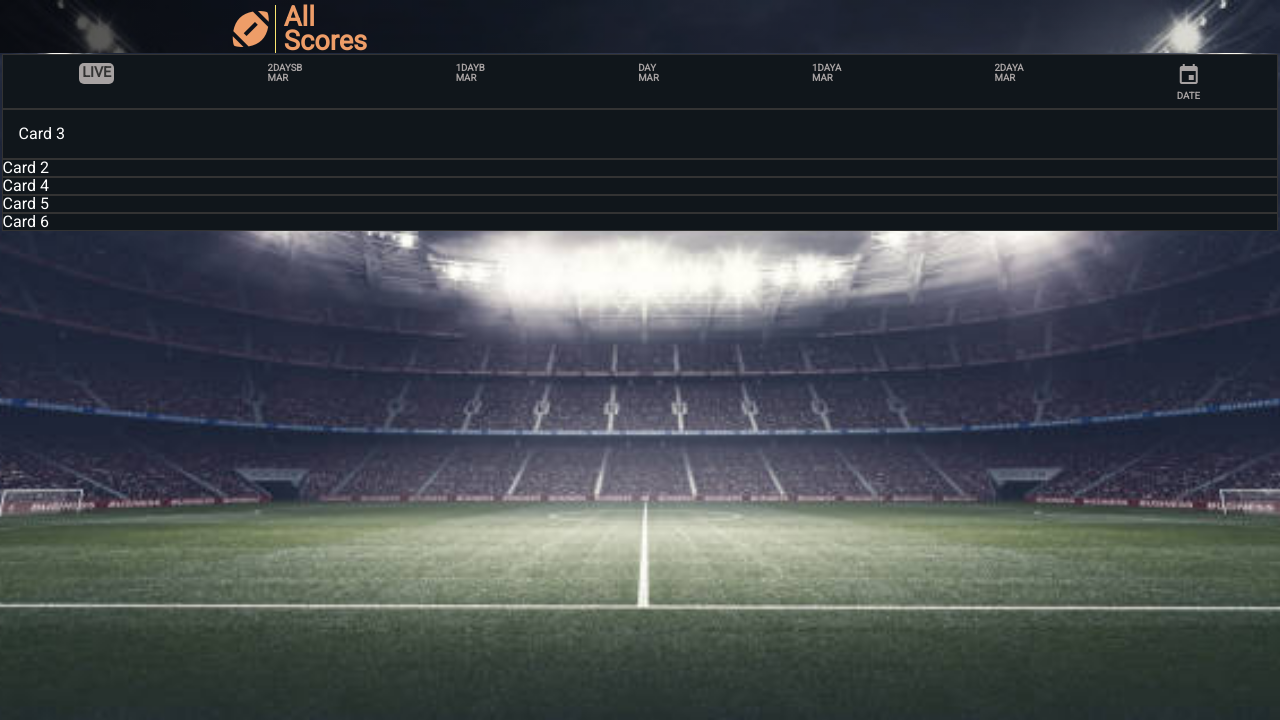
Repository: boomshakar/AllScores
Page: index.html
These files come from the project's save history. The page is drawn as it stood at one moment and after the next save; the edit follows.
The browser window is 1280 px wide. The pictures show the whole page.
The style sheet was rebuilt from its Sass, Less or Tailwind sources for each picture, by a compiler version that may differ from the author's.

Above is the page before, as saved 2021-03-30 03:08:39.

### index.html
<!DOCTYPE html>
<html lang="en">
  <head>
    <meta charset="UTF-8" />
    <meta http-equiv="X-UA-Compatible" content="IE=edge" />
    <meta name="viewport" content="width=device-width, initial-scale=1.0" />
    <title>All Scores</title>
    <link rel="stylesheet" href="css/main.css" />
    <link
      rel="stylesheet"
      href="https://fonts.googleapis.com/icon?family=Material+Icons"
    />
  </head>
  <body>
    <header>
      <a href="index.html" class="head-name__logo">
        <span class="material-icons md-48">sports_football</span>
        <h1>All<br />Scores</h1>
      </a>
      <ul class="head-name">
        <a href="index.html"
          ><li class="head-name__mob active">
            <span class="material-icons md-36">sports_soccer</span>
            <h3>Soccer</h3>
          </li></a
        >
        <a href="#"
          ><li class="head-name__mob">
            <span class="material-icons md-36">sports_basketball</span>
            <h3>Basket</h3>
          </li></a
        >
        <a href="#"
          ><li class="head-name__mob">
            <span class="material-icons md-36">golf_course</span>
            <h3>Golf</h3>
          </li></a
        >
        <a href="#"
          ><li class="head-name__mob">
            <span class="material-icons md-36">sports_tennis</span>
            <h3>Tennis</h3>
          </li></a
        >
      </ul>
      <div class="menu-btn">
        <span class="menu-btn__burger"></span>
      </div>
      <nav class="nav">
        <ul class="menu-nav">
          <div class="menu-nav__time">
            Lorem ipsum, dolor sit amet consectetur adipisicing elit. Qui
            quidem, dignissimos asperiores totam nesciunt laborum at consectetur
            nam temporibus ea.
          </div>
          <li class="menu-nav__item active">
            <a href="index.html" class="menu-nav__link">Soccer</a>
          </li>
          <li class="menu-nav__item">
            <a href="#" class="menu-nav__link">Basketball</a>
          </li>
          <li class="menu-nav__item">
            <a href="#" class="menu-nav__link">Tennis</a>
          </li>
          <li class="menu-nav__item">
            <a href="#" class="menu-nav__link">Hockey</a>
          </li>
          <li class="menu-nav__item">
            <a href="#" class="menu-nav__link">Golf</a>
          </li>
          <li class="menu-nav__item">
            <a href="#" class="menu-nav__link">Basketball</a>
          </li>
          <li class="menu-nav__item">
            <a href="#" class="menu-nav__link">Tennis</a>
          </li>
          <li class="menu-nav__item">
            <a href="#" class="menu-nav__link">Hockey</a>
          </li>
          <li class="menu-nav__item">
            <a href="#" class="menu-nav__link">Golf</a>
          </li>
          <li class="menu-nav__item">
            <a href="#" class="menu-nav__link">Basketball</a>
          </li>
          <li class="menu-nav__item">
            <a href="#" class="menu-nav__link">Tennis</a>
          </li>
          <li class="menu-nav__item">
            <a href="#" class="menu-nav__link">Hockey</a>
          </li>
          <li class="menu-nav__item">
            <a href="#" class="menu-nav__link">Golf</a>
          </li>
          <div class="menu-nav__foot">
            Lorem ipsum dolor sit amet consectetur adipisicing elit. Quisquam
            quod neque provident ex cumque adipisci, iusto, tempora quibusdam
            maxime, magni autem perferendis? Quibusdam, tenetur. Laudantium,
            velit reiciendis deleniti perferendis nesciunt vitae dolores itaque
            aut voluptas dolor veritatis. Optio ducimus consectetur nisi sequi,
            nesciunt id quis mollitia, laborum voluptates necessitatibus modi.
          </div>
        </ul>
      </nav>
    </header>
    <div class="grid-contain">
      <span class="card">
        <div class="date-select">
          <a href="#" class="date-select__link active"
            ><div class="date-select__match live-logo">
              <strong>live</strong>
            </div></a
          >
          <a href="#" class="date-select__link"
            ><div class="date-select__match">
              <h6>2daysB</h6>
              <h6>Mar</h6>
            </div></a
          >
          <a href="#" class="date-select__link"
            ><div class="date-select__match">
              <h6>1dayB</h6>
              <h6>Mar</h6>
            </div></a
          >
          <a href="#" class="date-select__link"
            ><div class="date-select__match">
              <h6>Day</h6>
              <h6>Mar</h6>
            </div></a
          >
          <a href="#" class="date-select__link"
            ><div class="date-select__match">
              <h6>1dayA</h6>
              <h6>Mar</h6>
            </div></a
          >
          <a href="#" class="date-select__link"
            ><div class="date-select__match">
              <h6>2dayA</h6>
              <h6>Mar</h6>
            </div></a
          >
          <a href="#" class="date-select__link"
            ><div class="date-select__match">
              <span class="material-icons"> event </span>
              <h6>Date</h6>
            </div></a
          >
        </div>
      </span>
      <div class="card">Card 2</div>
      <div class="card">Card 3</div>
      <div class="card">Card 4</div>
      <div class="card">Card 5</div>
      <div class="card">Card 6</div>
    </div>
  </body>
  <script src="main.js"></script>
</html>

### main.js
const menuBtn = document.querySelector(".menu-btn");
const menuBurger = document.querySelector(".menu-btn__burger");
const nav = document.querySelector(".nav");
const headName = document.querySelector(".head-name");
const menuNav = document.querySelector(".menu-nav");
const menuNavList = document.querySelectorAll(".menu-nav__item");

let menuOpen = false;

menuBtn.addEventListener("click", toggleMenu);

function toggleMenu() {
  if (!menuOpen) {
    menuBurger.classList.add("open");
    nav.classList.add("open");
    headName.classList.add("open");
    menuNav.classList.add("open");
    menuNavList.forEach((item) => item.classList.add("open"));

    menuOpen = true;
  } else {
    menuBurger.classList.remove("open");
    nav.classList.remove("open");
    headName.classList.remove("open");
    menuNav.classList.remove("open");
    menuNavList.forEach((item) => item.classList.remove("open"));

    menuOpen = false;
  }
}

### scss/main.scss
@import "config";
@import "menu";
@import "home";
@import "responsive";

body {
  position: relative;
  background: $primary-color;
  color: $text-color;
  height: 100vh;
  font-family: "Roboto", "Segoe UI", Tahoma, Verdana, sans-serif;
  line-height: 1;
  background: url(../img/stadium3.jpg);
  background-size: cover;
  background-repeat: no-repeat;
  background-position: center;
  background-attachment: fixed;
}

header {
  display: flex;
  z-index: 2;
  background: linear-gradient(to right, rgba(#000, 0.7), rgba(#000, 0.1)),
    url(../img/head.jpg);
  background-size: cover;
  background-repeat: no-repeat;
  position: fixed;
  width: 100vw;
  padding-top: 0.3rem;

  a {
    color: $secondary-color;
  }
}

### scss/_config.scss
$primary-color: #24303a;
$secondary-color: #ee9d68;
$text-color: #fae56f;
$text-color2: rgb(167, 162, 162);

* {
  box-sizing: border-box;
  margin: 0;
  padding: 0;
  outline: 0;
  list-style: none;
}
a {
  text-decoration: none;
}

@import url("https://fonts.googleapis.com/css2?family=Roboto&display=swap");

@mixin transition-mix {
  transition: all 0.5s ease-in-out;
}

@mixin media-xxsm {
  @media screen and (max-width: 313px) {
    @content;
    ul.head-name {
      visibility: hidden;
    }
  }
}

@mixin media-xsm {
  @media screen and (min-width: 314px) and (max-width: 359px) {
    @content;
  }
}

@mixin media-sm {
  @media screen and (min-width: 360px) and (max-width: 399px) {
    @content;
  }
}

@mixin media-smd {
  @media screen and (min-width: 400px) {
    @content;
  }
}

@mixin media-md {
  @media screen and (min-width: 500px) {
    @content;
  }
}

@mixin media-lg {
  @media screen and (min-width: 700px) {
    @content;
  }
}

@mixin media-xl {
  @media screen and (min-width: 1000px) {
    @content;
  }
}

### scss/_menu.scss
.menu-btn {
  position: fixed;
  z-index: 1;
  width: 28px;
  height: 20px;
  top: 0.8rem;
  right: 0.7rem;
  background: transparent;
  cursor: pointer;
  @include transition-mix;
  &__burger {
    position: absolute;
    width: 20px;
    height: 3px;
    right: 0.5rem;
    top: 0.5rem;
    background: pink;
    border-radius: 5px;
    @include transition-mix;

    &::before {
      content: "";
      position: absolute;
      width: 28px;
      height: 3px;
      top: -8px;
      background: $text-color;
      border-radius: 5px;
      @include transition-mix;
    }

    &::after {
      content: "";
      position: absolute;
      width: 28px;
      height: 3px;
      top: 8px;
      background: $text-color;
      border-radius: 5px;
      @include transition-mix;
    }

    &.open {
      transform: rotate(720deg);
      background: transparent;

      &::before {
        transform: rotate(45deg) translate(5px, 8px);
        background: $secondary-color;
      }
      &::after {
        transform: rotate(-45deg) translate(3px, -7px);
        background: $secondary-color;
      }
    }
  }
}
nav {
  position: fixed;
  top: 0;
  left: 0;
  width: 100vw;
  visibility: hidden;
  &.open {
    visibility: visible;
  }
}

.menu-nav {
  display: grid;
  grid-template-columns: 1fr;
  grid-template-rows: 1fr;
  width: 100vw;
  height: 100vh;
  top: 50px;
  left: 0;
  right: 0;
  bottom: 0;
  overflow-y: scroll;
  overflow-x: hidden;
  background: $primary-color;
  opacity: 0.97;
  transform: translateY(-100%);
  @include transition-mix;

  &.open {
    transform: translateY(0);
  }
  &__time {
    padding: 1.5rem 1.5rem 1rem 1.5rem;
    line-height: 1.2;
    font-size: 12px;
  }

  &__item {
    transform: translateX(100vw);
    border-bottom: 1px solid rgb(102, 96, 96);
    @include transition-mix;
    &:nth-of-type(1) {
      border-top: 1px solid rgb(102, 96, 96);
    }
    &.open {
      transform: translateX(0);
    }
    &.active > a {
      color: $secondary-color;
    }
  }

  &__link {
    display: grid;
    font-size: 1.1rem;
    padding: 0.7rem 0;
    font-weight: 600;
    text-transform: uppercase;
    text-align: center;
    color: rgb(167, 162, 162);
    @include transition-mix;

    &:hover {
      color: $secondary-color;
    }
  }

  &__foot {
    padding: 2rem 1.5rem 200px 1.5rem;
    font-size: 12px;
  }
}

@for $f from 1 through 14 {
  .menu-nav__item:nth-child(#{$f}) {
    transition-delay: ($f * 0.1s) + 0.05s;
  }
}

### scss/_home.scss
.grid-contain {
  padding: 3.4rem 0.1rem 1.5rem 0.1rem;
  display: grid;
  grid-template-columns: 1fr;

  .card {
    background: darken($primary-color, 10%);
    border: 1px solid #333;
    color: #fff;

    &:nth-child(1) {
      //date selector
      grid-column: 1 / 1;
      grid-row: 1/ 2;
      .date-select {
        display: flex;
        flex-direction: row;
        justify-content: space-around;
        &__link {
          color: $text-color2;
          padding: 0.5rem 0.8rem;
          text-transform: uppercase;
          &:nth-child(1) > .live-logo {
            color: #333;
            background: $text-color2;
            border-radius: 5px;
            padding: 3px;
          }
        }
        &__match {
          font-size: 0.9rem;
          font-weight: 600;
        }
      }
    }

    &:nth-child(2) {
      //left side
      grid-column: 1;
      grid-row: 3 / 4;
    }

    &:nth-child(3) {
      //main menu
      grid-column: 1;
      grid-row: 2 / 3;
      padding: 1rem;
    }

    &:nth-child(4) {
      //right side
      grid-column: 1;
      grid-row: 4 / 5;
    }

    &:nth-child(5) {
      //stciky ad below
      grid-column: 1;
      grid-row: 5 / 6;
    }

    &:nth-child(6) {
      //footer
      grid-column: 1;
      grid-row: 6 / 7;
    }
  }
}

### scss/_responsive.scss
@include media-xxsm {
  header {
    height: 2.8rem;
    justify-content: space-between;
    .head-name__logo {
      display: flex;
      flex-direction: row;
      cursor: pointer;
      &:hover > .material-icons {
        color: $text-color;
      }

      .material-icons {
        font-size: 2.5rem;
        align-items: center;
        cursor: pointer;
        @include transition-mix;
      }
      h1 {
        font-weight: 800;
        border-left: 1px solid $text-color;
        line-height: 1.3rem;
        padding: 0 0.5rem;
        font-size: 1.1rem;
        cursor: pointer;
      }
    }
  }
}

@include media-xsm {
  header {
    justify-content: space-between;
    .head-name__logo {
      display: flex;
      flex-direction: row;
      cursor: pointer;
      height: 2.5rem;
      &:hover > .material-icons {
        color: $text-color;
      }

      .material-icons {
        font-size: 2.5rem;
        align-items: center;
        cursor: pointer;
        @include transition-mix;
      }
      h1 {
        font-weight: 800;
        border-left: 1px solid $text-color;
        line-height: 1.3rem;
        padding: 0 0.5rem;
        font-size: 1.1rem;
        cursor: pointer;
      }
    }
    ul.head-name {
      display: flex;
      flex-direction: row;
      margin-right: 2rem;
      &.open {
        visibility: hidden;
      }

      .head-name__mob {
        border-left: 1px solid $text-color2;
        padding: 0 0.2rem;
        text-align: center;
        width: 3rem;
        @include transition-mix;
        &.active {
          background: linear-gradient(
            to right,
            rgba(#fff, 0.3),
            rgba(#fff, 0.1)
          );
          color: $text-color;
          border-radius: 5px;
          border-left: 1px solid $text-color;
        }
        &:hover > .material-icons {
          color: $text-color;
        }
      }
      .material-icons {
        font-size: 1.3rem;
        cursor: pointer;
        @include transition-mix;
      }
      h3 {
        font-size: 0.7rem;
      }
    }
    .menu-btn {
      right: -0.3rem;
    }
  }
}

@include media-sm {
  header {
    justify-content: space-between;
    .head-name__logo {
      display: flex;
      flex-direction: row;
      cursor: pointer;
      height: 2.5rem;
      &:hover > .material-icons {
        color: $text-color;
      }

      .material-icons {
        font-size: 2.5rem;
        align-items: center;
        cursor: pointer;
        @include transition-mix;
      }
      h1 {
        font-weight: 800;
        border-left: 1px solid $text-color;
        line-height: 1.3rem;
        padding: 0 0.5rem;
        font-size: 1.1rem;
        cursor: pointer;
      }
    }
    ul.head-name {
      display: flex;
      flex-direction: row;
      margin-right: 2rem;
      &.open {
        visibility: hidden;
      }

      .head-name__mob {
        border-left: 1px solid $text-color2;
        padding: 0 0.5rem;
        text-align: center;
        width: 3.3rem;
        &.active {
          background: linear-gradient(
            to right,
            rgba(#fff, 0.3),
            rgba(#fff, 0.1)
          );
          color: $text-color;
          border-radius: 5px;
          border-left: 1px solid $text-color;
        }
        &:hover > .material-icons {
          color: $text-color;
        }
      }
      .material-icons {
        font-size: 1.3rem;
        cursor: pointer;
        @include transition-mix;
      }
      h3 {
        font-size: 0.8rem;
      }
    }
    .menu-btn {
      right: 0.3rem;
    }
  }
}

@include media-smd {
  header {
    justify-content: space-between;
    .head-name__logo {
      display: flex;
      flex-direction: row;
      cursor: pointer;
      &:hover > .material-icons {
        color: $text-color;
      }

      .material-icons {
        font-size: 3rem;
        align-items: center;
        cursor: pointer;
        @include transition-mix;
      }
      h1 {
        font-weight: 800;
        border-left: 1px solid $text-color;
        line-height: 1.5rem;
        padding: 0 0.5rem;
        font-size: 1.4rem;
        cursor: pointer;
      }
    }
    ul.head-name {
      display: flex;
      flex-direction: row;
      margin-right: 2rem;
      &.open {
        visibility: hidden;
      }

      .head-name__mob {
        border-left: 1px solid $text-color2;
        padding: 0 0.3rem;
        text-align: center;
        width: 3.4rem;
        @include transition-mix;
        &.active {
          background: linear-gradient(
            to right,
            rgba(#fff, 0.3),
            rgba(#fff, 0.1)
          );
          color: $text-color;
          border-radius: 5px;
          border-left: 1px solid $text-color;
        }
        &:hover > .material-icons {
          color: $text-color;
        }
      }
      .material-icons {
        font-size: 1.7rem;
        cursor: pointer;
        @include transition-mix;
      }
      h3 {
        font-size: 0.8rem;
      }
    }
    .menu-btn {
      top: 1.2rem;
      right: 0.4rem;
    }
  }
}

@include media-md {
  header {
    justify-content: space-between;
    .head-name__logo {
      display: flex;
      flex-direction: row;
      cursor: pointer;
      &:hover > .material-icons {
        color: $text-color;
      }

      .material-icons {
        font-size: 3rem;
        align-items: center;
        cursor: pointer;
        @include transition-mix;
      }
      h1 {
        font-weight: 800;
        border-left: 1px solid $text-color;
        line-height: 1.5rem;
        padding: 0 0.5rem;
        font-size: 1.7rem;
        cursor: pointer;
      }
    }
    ul.head-name {
      display: flex;
      flex-direction: row;
      margin-right: 5rem;
      &.open {
        visibility: hidden;
      }

      .head-name__mob {
        border-left: 1px solid $text-color2;
        padding: 0 0.5rem;
        text-align: center;
        width: 3.8rem;
        @include transition-mix;
        &.active {
          background: linear-gradient(
            to right,
            rgba(#fff, 0.3),
            rgba(#fff, 0.1)
          );
          color: $text-color;
          border-radius: 5px;
          border-left: 1px solid $text-color;
        }
        &:hover > .material-icons {
          color: $text-color;
        }
      }
      .material-icons {
        font-size: 1.7rem;
        cursor: pointer;
        @include transition-mix;
      }
      h3 {
        font-size: 0.8rem;
      }
    }
  }
}

@include media-lg {
  header {
    justify-content: space-evenly;
    .head-name__logo {
      display: flex;
      flex-direction: row;
      cursor: pointer;
      margin-right: 8rem;
      &:hover > .material-icons {
        color: $text-color;
      }

      .material-icons {
        font-size: 3rem;
        align-items: center;
        cursor: pointer;
        @include transition-mix;
      }
      h1 {
        font-weight: 800;
        border-left: 1px solid $text-color;
        line-height: 1.5rem;
        padding: 0 0.5rem;
        font-size: 1.7rem;
        cursor: pointer;
      }
    }
    ul.head-name {
      display: flex;
      flex-direction: row;
      &.open {
        visibility: hidden;
      }

      .head-name__mob {
        border-left: 1px solid $text-color2;
        padding: 0 0.3rem;
        text-align: center;
        width: 3.8rem;
        &.active {
          background: linear-gradient(
            to right,
            rgba(#fff, 0.3),
            rgba(#fff, 0.1)
          );
          color: $text-color;
          border-radius: 5px;
          border-left: 1px solid $text-color;
        }
        &:hover > .material-icons {
          color: $text-color;
        }
      }
      .material-icons {
        font-size: 1.7rem;
        cursor: pointer;
        @include transition-mix;
      }
      h3 {
        font-size: 0.8rem;
      }
    }
    .menu-btn {
      visibility: hidden;
    }
  }
}

@include media-xl {
  header {
    justify-content: space-evenly;
    .head-name__logo {
      display: flex;
      flex-direction: row;
      cursor: pointer;
      margin-right: 8rem;
      &:hover > .material-icons {
        color: $text-color;
      }

      .material-icons {
        font-size: 3rem;
        align-items: center;
        cursor: pointer;
        @include transition-mix;
      }
      h1 {
        font-weight: 800;
        border-left: 1px solid $text-color;
        line-height: 1.5rem;
        padding: 0 0.5rem;
        font-size: 1.7rem;
        cursor: pointer;
      }
    }
    ul.head-name {
      display: flex;
      flex-direction: row;
      &.open {
        visibility: hidden;
      }

      .head-name__mob {
        border-left: 1px solid $text-color2;
        padding: 0 0.3rem;
        text-align: center;
        width: 3.8rem;
        &.active {
          background: linear-gradient(
            to right,
            rgba(#fff, 0.3),
            rgba(#fff, 0.1)
          );
          color: $text-color;
          border-radius: 5px;
          border-left: 1px solid $text-color;
        }
        &:hover > .material-icons {
          color: $text-color;
        }
      }
      .material-icons {
        font-size: 1.7rem;
        cursor: pointer;
        @include transition-mix;
      }
      h3 {
        font-size: 0.8rem;
      }
    }
  }
}

After the next save:
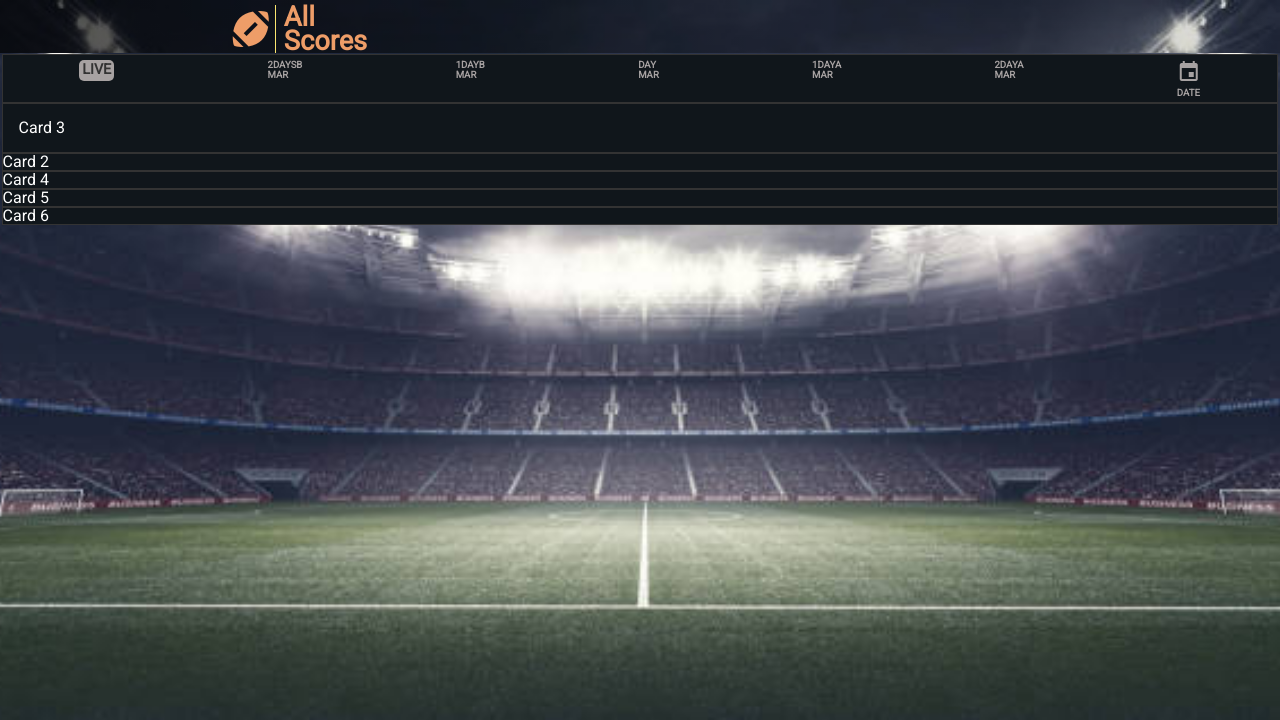
Saved 39 s later.
--- a/scss/_home.scss
+++ b/scss/_home.scss
@@ -18,7 +18,7 @@
         justify-content: space-around;
         &__link {
           color: $text-color2;
-          padding: 0.5rem 0.8rem;
+          padding: 0.3rem 0.8rem;
           text-transform: uppercase;
           &:nth-child(1) > .live-logo {
             color: #333;
